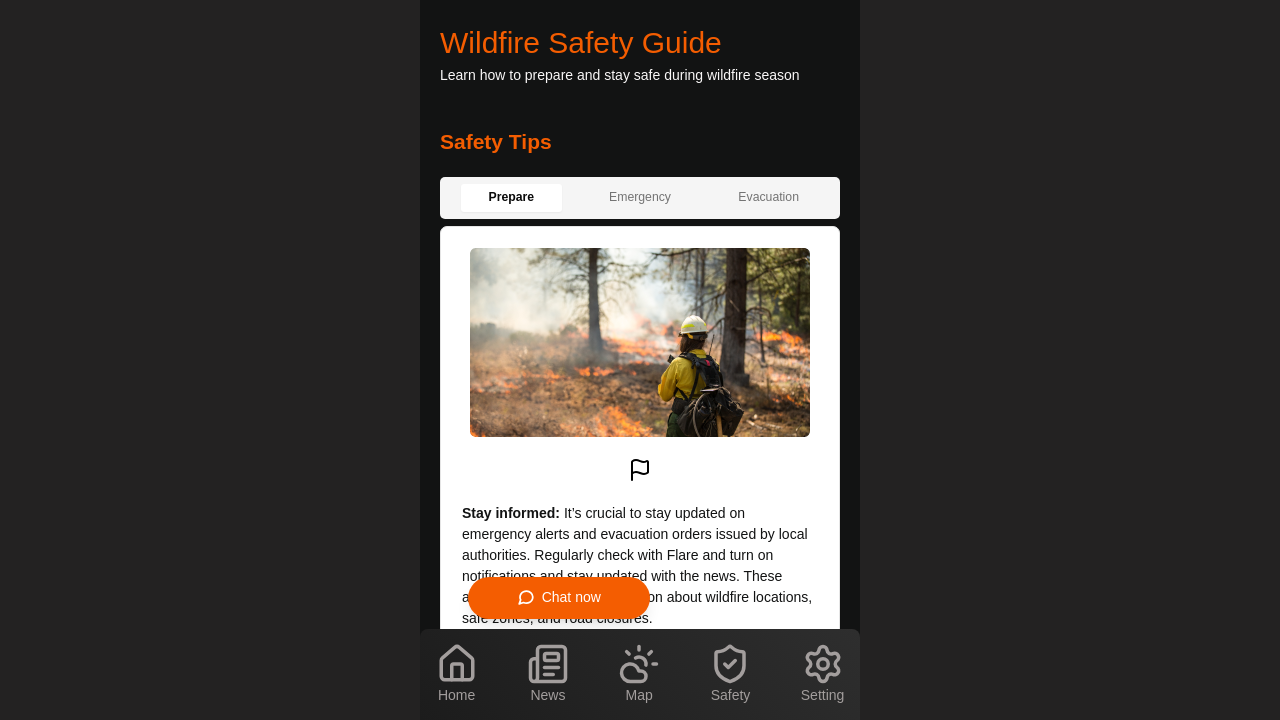
Repository: BCITKevin/Flare_IDSP
Page: /safety
These files come from the project's save history. The page is drawn as it stood at one moment and after the next save; the edit follows.
The browser window is 1280 px wide. The pictures show the whole page.
An inner scrolling area shows only its first screen. Some web fonts or font styles are not loaded; a fallback is used. The project was rebuilt for these pictures with package versions that can differ from the ones it lists, and the page was loaded fresh each time. The framework's server and built-in components were replaced by stand-ins that run in the browser. Also part of the build but not shown: next.config.js, next.config.mjs.

Above is the page before, as saved 2024-11-30 04:14:19.

After the next save:
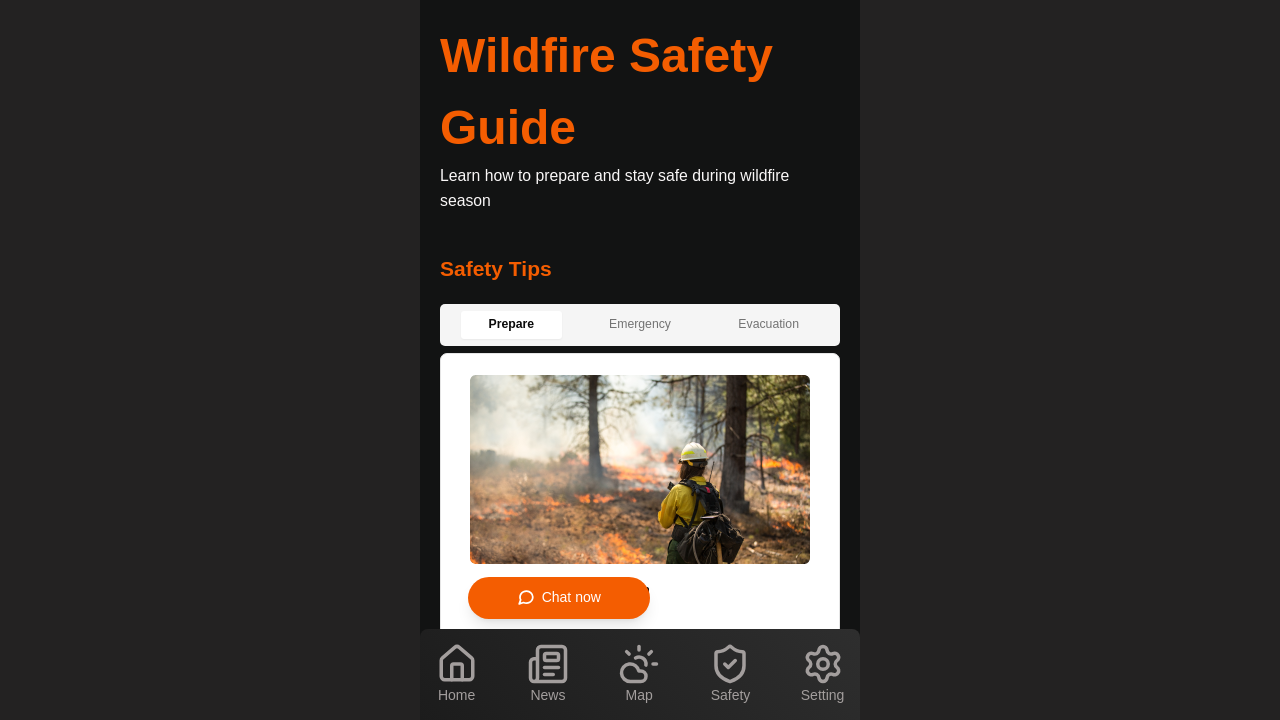
Saved 25 s later.
--- a/src/app/safety/page.tsx
+++ b/src/app/safety/page.tsx
@@ -156,10 +156,10 @@ export default function Safety() {
         <body className="min-h-screen overflow-y-auto">
             <div className="safetyLayout h-full overflow-y-auto mb-44">
                 <div className={`mb-12 ${styles.safetyHeading}`}>
-                    <h2>
+                    <h1>
                         Wildfire Safety Guide
-                    </h2>
-                    <p className={styles.whiteText}>
+                    </h1>
+                    <p className={`${styles.whiteText} text-lg `}>
                         Learn how to prepare and stay safe during wildfire season
                     </p>
                 </div>
